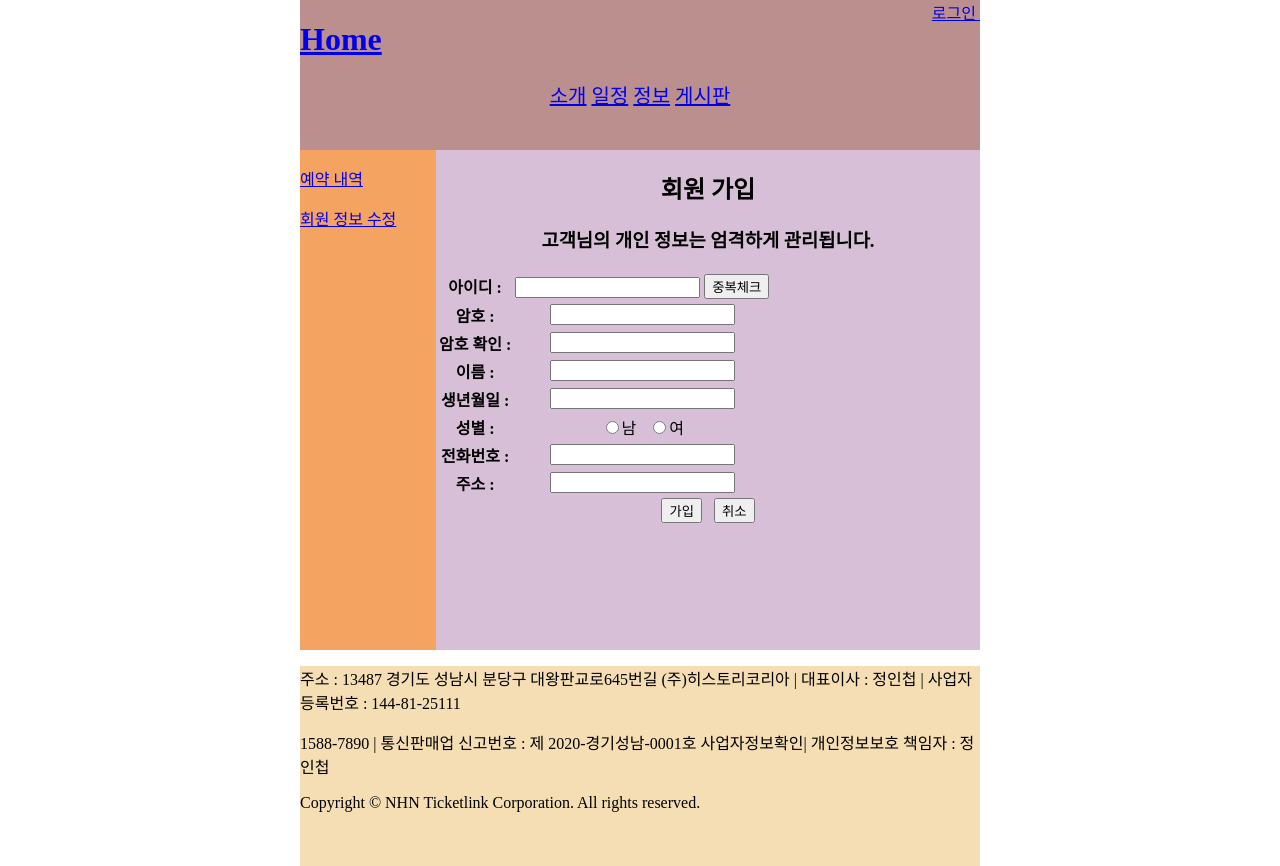
Repository: dlscjq34/JSP_historyTour
Page: http://localhost/HistoryTour/WEB-INF/views/member/joinMember.jsp
An editor plug-in stored every save of this project. The page is shown before and after the next save, followed by the edit.
The browser window is 1280 px wide. The pictures show the whole page.
The page is served by Tomcat 9. Nobody is signed in. Other server files are loaded and not shown. The template is opened directly, without the code that normally fills it, so the values that code supplies are empty.

Above is the page before, as saved 2020-12-21 03:11:37.

### HistoryTour/WebContent/WEB-INF/views/member/joinMember.jsp
<%@ page language="java" contentType="text/html; charset=UTF-8"
    pageEncoding="UTF-8"%>
<!DOCTYPE html>
<html lang="en">
<head>
    <jsp:include page="/WEB-INF/views/include/head.jsp" />
    <link rel="stylesheet" href="css/editMember.css">
</head>
<body>
    <!-- <header> -->
    <jsp:include page="/WEB-INF/views/include/header.jsp" />


    <!-- center = <aside> + <article> -->
    <div class="center">
        <aside>
            <p><a href="ticket.do">예약 내역</a></p>
            <p><a href="editMember.do">회원 정보 수정</a></p>
        </aside>

        <article>
            <h1>회원 가입</h1>
                <form action="joinMemberPro.do" method="post" name="frm" onsubmit="return lenCheck()">

                    <h3>고객님의 개인 정보는 엄격하게 관리됩니다.</h3>
                    <table>
	               		<tr>
	               			<th>아이디 :
	               			<td><input type="text" name="id" id="id" />
	               				<input type="button" onclick="dupCheck()" value="중복체크">
	               		</tr>
	               		<tr>
	               			<th>암호 :
	               			<td><input type="password" name="pswd1" id="pswd1" required/>
	               		</tr>
	               		<tr>
	               			<th>암호 확인 :
	               			<td><input type="password" name="pswd2" id="pswd2" required onkeyup="pwCheck()"/>
	               				<span id="pwStatus"></span>
	               		</tr>
	               		<tr>
	               			<th>이름 :
	               			<td><input type="text" name="name" id="name" required/>
	               		</tr>
	               		<tr>
	               			<th>생년월일 :
	               			<td><input type="text" name="birth" id="birth" required/>
	               		</tr>
	               		<tr>
	               			<th>성별 :
	               			<td><input type="radio" name="gender" id="man" value="1" required />남 &nbsp;
	               				<input type="radio" name="gender" id="woman" value="2" required />여
	               		</tr>
	               		<tr>
	               			<th>전화번호 :
	               			<td><input type="text" name="tel" id="tel" required>
	               		</tr>
	               		<tr>
	               			<th>주소 :
	               			<td><input type="text" name="address" id="address" required>
	               		</tr>
               		</table>
                <input type="submit" name="enroll" class="enroll" value="가입"> &nbsp;
                <input type="reset" value="취소">
                </form>
        </article>
    </div>


    <!-- <footer> -->
    <jsp:include page="/WEB-INF/views/include/footer.jsp" />

</body>

<script>
	function dupCheck() {
		let id = document.frm.id.value;
		if(id == '') {
			alert("아이디를 입력하세요");
			document.frm.id.focus();
			return;
		}
		window.open('joinCheck.do?id='+id, 'joinCheck', 'width=600, height=300');
	}

	function lenCheck() {
		let id = document.frm.id.value.trim();

		if(!(id.length >= 3 && id.length <=12)) {
			alert("아이디는 3에서 12글자만 입력 가능합니다.");
			document.frm.id.select();
			return false;
		}
	}

	function pwCheck() {
		pw1 = document.frm.pswd1.value;
		pw2 = document.frm.pswd2.value;
		pwStatus = document.getElementById("pwStatus");

		if(pw1 == pw2) {
			pwStatus.innerHTML = "패스워드 확인";
			pwStatus.style.color = "blue"
		}
		else {
			pwStatus.innerHTML = "패스워드 틀림";
			pwStatus.style.color = "red"
		}
	}

/* 	<tr>
		<th>암호 :
		<td><input type="password" name="pswd1" id="pswd1" required/>
	</tr>
	<tr>
		<th>암호 확인 :
		<td><input type="password" name="pswd2" id="pswd2" required onkeyup="pwCheck()"/>
			<span class="pwStatus"></span>
	</tr> */
</script>

</html>

### HistoryTour/WebContent/WEB-INF/views/include/head.jsp
<%@ page language="java" contentType="text/html; charset=UTF-8"
    pageEncoding="UTF-8"%>
<meta charset="UTF-8">
<meta name="viewport" content="width=device-width, initial-scale=1.0">
<title>Document</title>
<link rel="stylesheet" href="css/common.css">

### HistoryTour/WebContent/WEB-INF/views/include/header.jsp
<%@ page language="java" contentType="text/html; charset=UTF-8"
    pageEncoding="UTF-8"%>
<%@ taglib prefix="c" uri="http://java.sun.com/jsp/jstl/core" %>
<%
	//쿠키에 아이디가 있으면 세션으로 빼온다.
	Cookie[] cookies = request.getCookies();

	if (cookies != null) {
		for(Cookie cookie : cookies) {
			if(cookie.getName().equals("id")) {
				String id = cookie.getValue();
				session.setAttribute("id", id);
			}
		}
	}

	String id = (String)session.getAttribute("id");
%>

<header>
    <div class="home-line">
        <h1><a href="index.do">Home</a></h1>
        <!-- 세션으로 빼온 아이디가 있으면 -->
<%
			if (id != null) {
%>
        		${ id } 님 반갑습니다.&nbsp;
        		<a href="myPage.do">마이페이지</a>&nbsp;
        		<a href="logoutPro.do">로그아웃</a>
<%
			} else {
%>
        	<!-- 세션으로 빼온 아이디가 없으면 -->
        		 <a href="login.do">로그인&nbsp;</a>
<%
			}
%>

    </div>
    <div class="menu">
        <a href="intro.do">소개</a>
        <a href="schedule.do">일정</a>
        <a href="information.do">정보</a>
        <a href="board.do">게시판</a>
    </div>
</header>

### HistoryTour/WebContent/WEB-INF/views/include/footer.jsp
<%@ page language="java" contentType="text/html; charset=UTF-8"
    pageEncoding="UTF-8"%>
<footer>
    <p>주소 : 13487 경기도 성남시 분당구 대왕판교로645번길 (주)히스토리코리아 | 대표이사 : 정인첩 | 사업자등록번호 : 144-81-25111</p>
    <p>1588-7890 |  통신판매업 신고번호 : 제 2020-경기성남-0001호 사업자정보확인| 개인정보보호 책임자 : 정인첩</p>
    <p>Copyright © NHN Ticketlink Corporation. All rights reserved.</p>
</footer>

### HistoryTour/WebContent/css/common.css
body {
  grid-template-columns: 1fr 1fr;
  box-sizing: border-box;
  margin: 0 300px;
}

/* header ----------------------------------------------- */

header {
  background: rosybrown;
  height: 150px;
}
header .home-line {
  display: flex;
}
header .home-line h1 {
  flex: 1;
}
header .menu {
  text-align: center;
  font-size: 20px;
}

/* <aside> <article> ----------------------------------------------- */

.center {
  display: flex;
  height: 500px;
  background: turquoise;
}
.center aside {
  background: sandybrown;
  flex: 2;
}
.center article {
  background: thistle;
  flex: 8;
  text-align: center;
}


/* footer ----------------------------------------------- */

footer {
  background: wheat;
  height: 200px;
}

### HistoryTour/WebContent/css/editMember.css
/* .center article form {
  background: red;
} */
.center article form fieldset {
  height: 300px;
}
.center article form fieldset input{
  margin: 1% 0;
}
.center article form .edit {
  position: relative;
  margin-top: 5%;
  left: 40%;
  width: 100px;
  font-size: 20px;
}

After the next save:
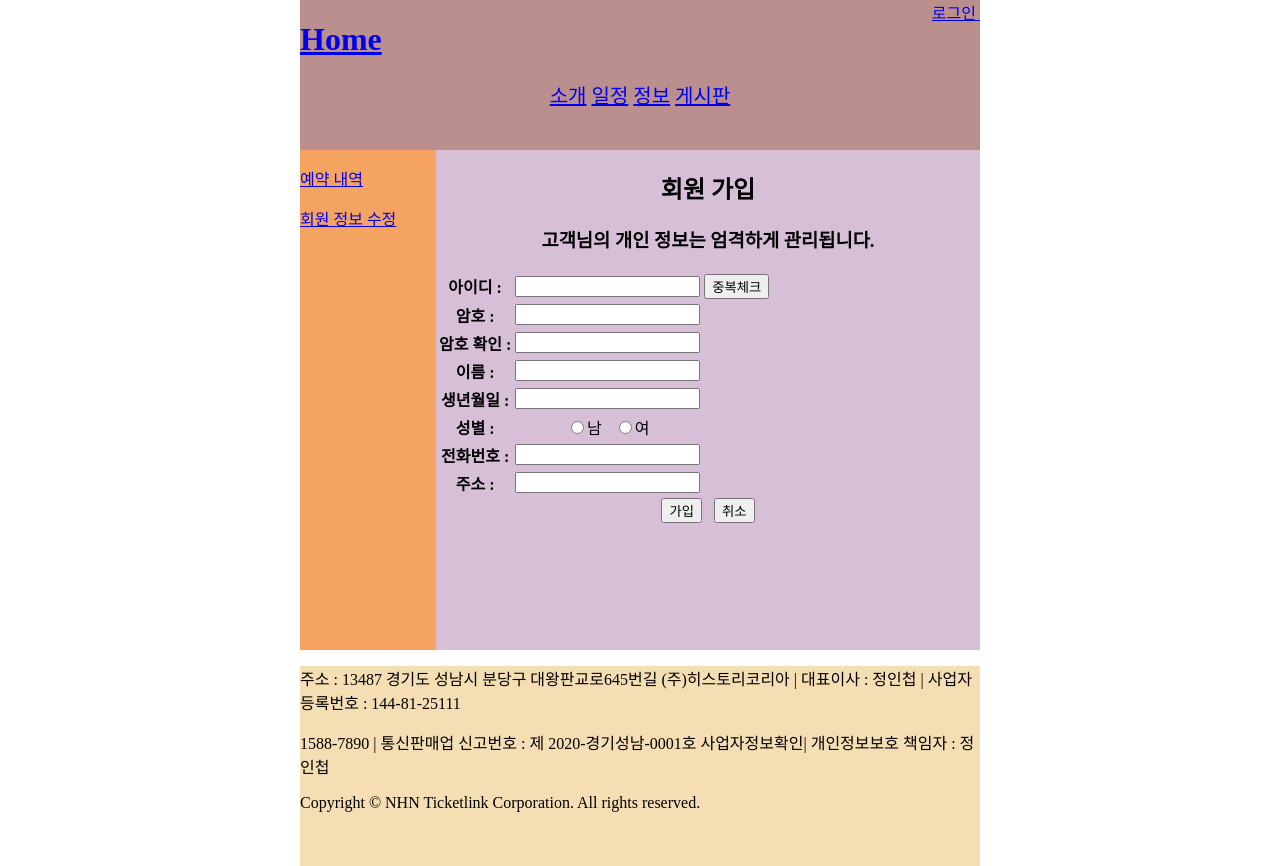
Saved 20 min 57 s later.
--- a/HistoryTour/WebContent/WEB-INF/views/member/joinMember.jsp
+++ b/HistoryTour/WebContent/WEB-INF/views/member/joinMember.jsp
@@ -26,8 +26,8 @@
                     <table>
 	               		<tr>
 	               			<th>아이디 :
-	               			<td><input type="text" name="id" id="id" />
-	               				<input type="button" onclick="dupCheck()" value="중복체크">
+	               			<td><input type="text" name="id" id="id" /></td>
+	               			<td><input type="button" onclick="dupCheck()" value="중복체크"></td>
 	               		</tr>
 	               		<tr>
 	               			<th>암호 :
